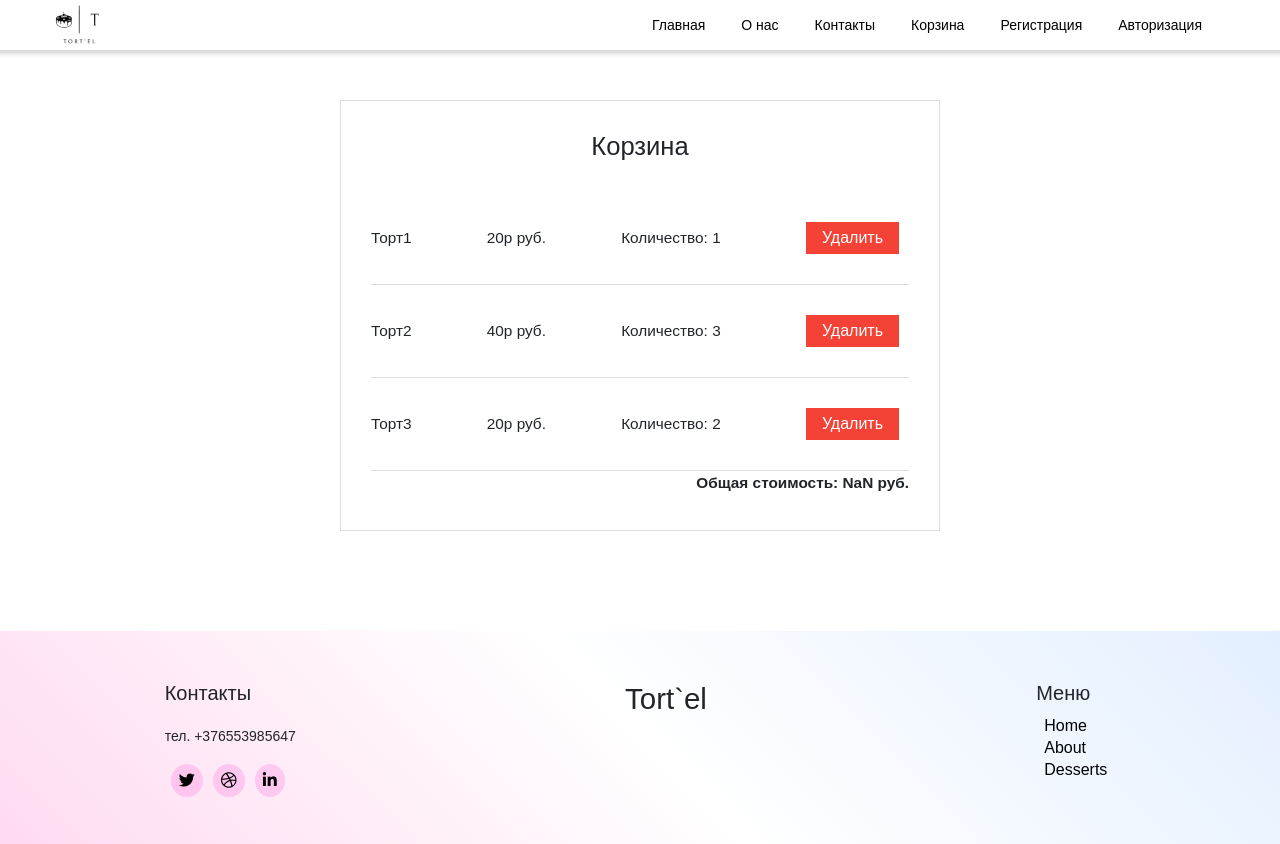
Repository: KseniaEryze/DiplomToday
Page: /basket
An editor plug-in stored every save of this project. The page is shown before and after the next save, followed by the edit.
The browser window is 1280 px wide. The pictures show the whole page.
The page's requests for data from a server got no answer. The project was rebuilt for these pictures with package versions that can differ from the ones it lists, and the page was loaded fresh each time. No one was signed in, and anything a server would have sent is missing. Also part of the build but not shown: src/App.css, src/components/Slider/Slider.jsx, src/pages/About/about.css, src/components/Galery/main.css, src/components/Galery/Gallery.jsx, src/pages/About/About.jsx, src/components/Categories/categories.css, src/components/Categories/Categories.jsx and 21 more.

Above is the page before, as saved 2024-09-10 15:50:31.

After the next save:
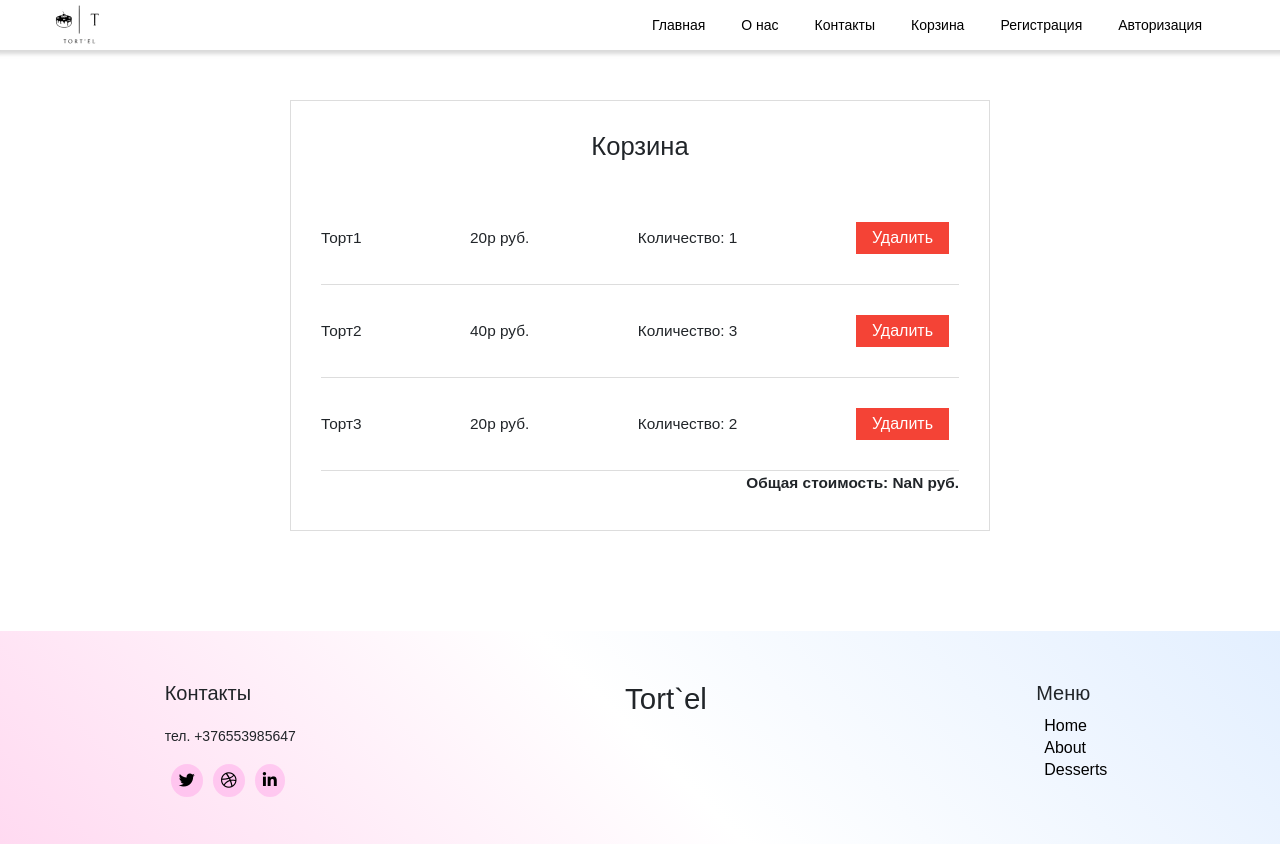
Saved 7 s later.
--- a/src/pages/Basket/main.css
+++ b/src/pages/Basket/main.css
@@ -1,6 +1,6 @@
 .cart {
     /* Стили для контейнера корзины */
-    width: 600px;
+    width: 700px;
     margin: 100px auto;
     border: 1px solid #ddd;
     padding: 20px 30px;
